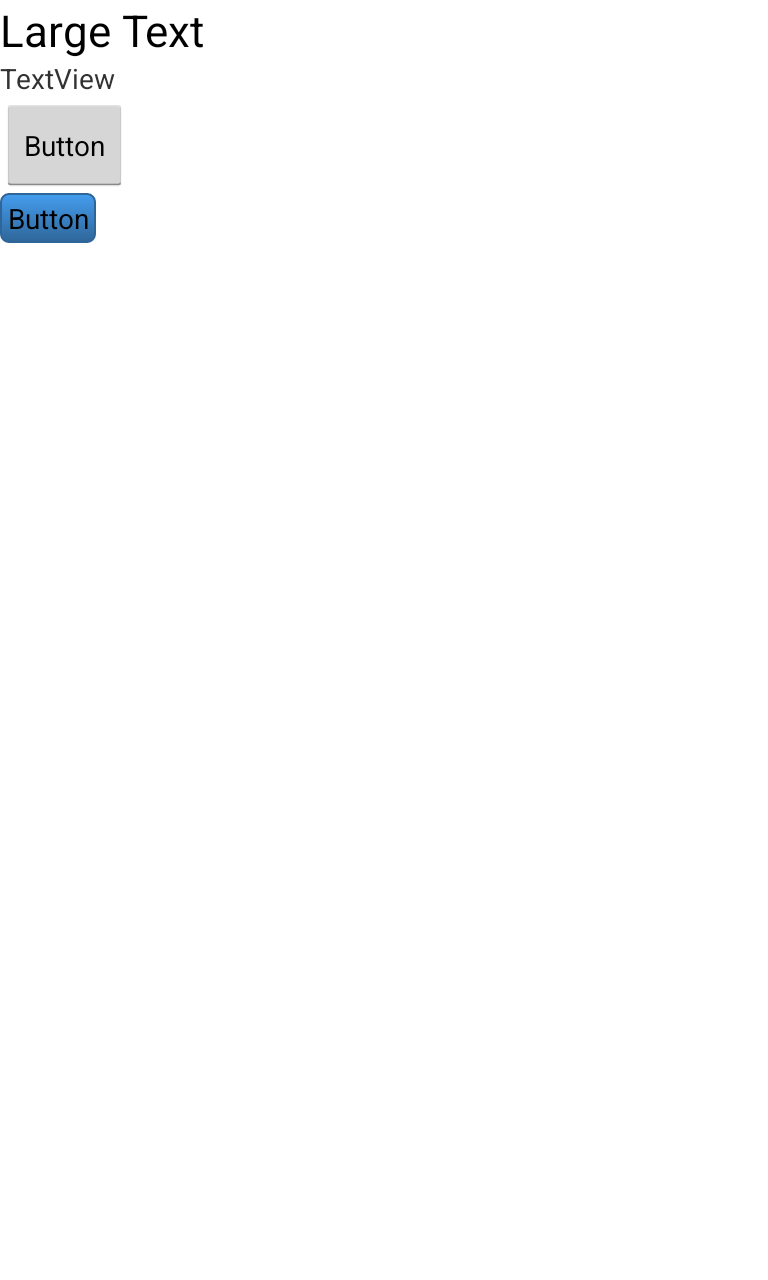
Repository: pcombi/android_dev
Layout: EnglishGrammar/res/layout/tests.xml
The author's editor kept a copy of each file at every save. The layout is drawn from the files as they stood at one save, then again after the next save.
It is drawn on a 768 x 1280 px phone screen (xhdpi) without system bars, with theme AppTheme; the app's code is not run.

Above is the layout before, as saved 2012-12-27 02:55:56.

### EnglishGrammar/res/layout/tests.xml
<?xml version="1.0" encoding="utf-8"?>
<LinearLayout xmlns:android="http://schemas.android.com/apk/res/android"
    android:layout_width="match_parent"
    android:layout_height="match_parent"
    android:orientation="vertical" >

    <TextView
        android:id="@+id/textView1"
        android:layout_width="wrap_content"
        android:layout_height="wrap_content"
        android:text="Large Text"
        android:textAppearance="?android:attr/textAppearanceLarge" />

    <TextView
        android:id="@+id/textView2"
        android:layout_width="wrap_content"
        android:layout_height="wrap_content"
        android:text="TextView" />

    <Button
        android:id="@+id/button2"
        style="?android:attr/buttonStyleSmall"
        android:layout_width="wrap_content"
        android:layout_height="wrap_content"
        android:text="Button" />

    <Button
        android:id="@+id/button1"
        style="?android:attr/buttonStyleSmall"
        android:layout_width="wrap_content"
        android:layout_height="25dp"
        android:background="@drawable/btn_blue"
        android:text="Button" />

    <LinearLayout
        android:layout_width="wrap_content"
        android:layout_height="wrap_content"
        android:orientation="vertical"
        android:id="@+id/buttonlayout1">
    </LinearLayout>

</LinearLayout>

### EnglishGrammar/res/drawable/btn_blue.xml
<?xml version="1.0" encoding="utf-8"?>
<selector xmlns:android="http://schemas.android.com/apk/res/android">
    <item android:state_pressed="true" >
        <shape>
            <solid
                android:color="#449def" />
            <stroke
                android:width="1dp"
                android:color="#2f6699" />
            <corners
                android:radius="4dp" />
            <padding
                android:left="2dp"
                android:top="2dp"
                android:right="2dp"
                android:bottom="2dp" />
        </shape>
    </item>
    <item>
        <shape>
            <gradient
                android:startColor="#449def"
                android:endColor="#2f6699"
                android:angle="270" />
            <stroke
                android:width="1dp"
                android:color="#2f6699" />

            <corners
                android:radius="4dp" />
            <padding
                android:left="2dp"
                android:top="2dp"
                android:right="2dp"
                android:bottom="2dp" />
        </shape>
    </item>
</selector>

Loaded but not shown: EnglishGrammar/res/values/styles.xml (common file); EnglishGrammar/res/values-v11/styles.xml (common file); EnglishGrammar/res/values-v14/styles.xml (common file)

After the next save:
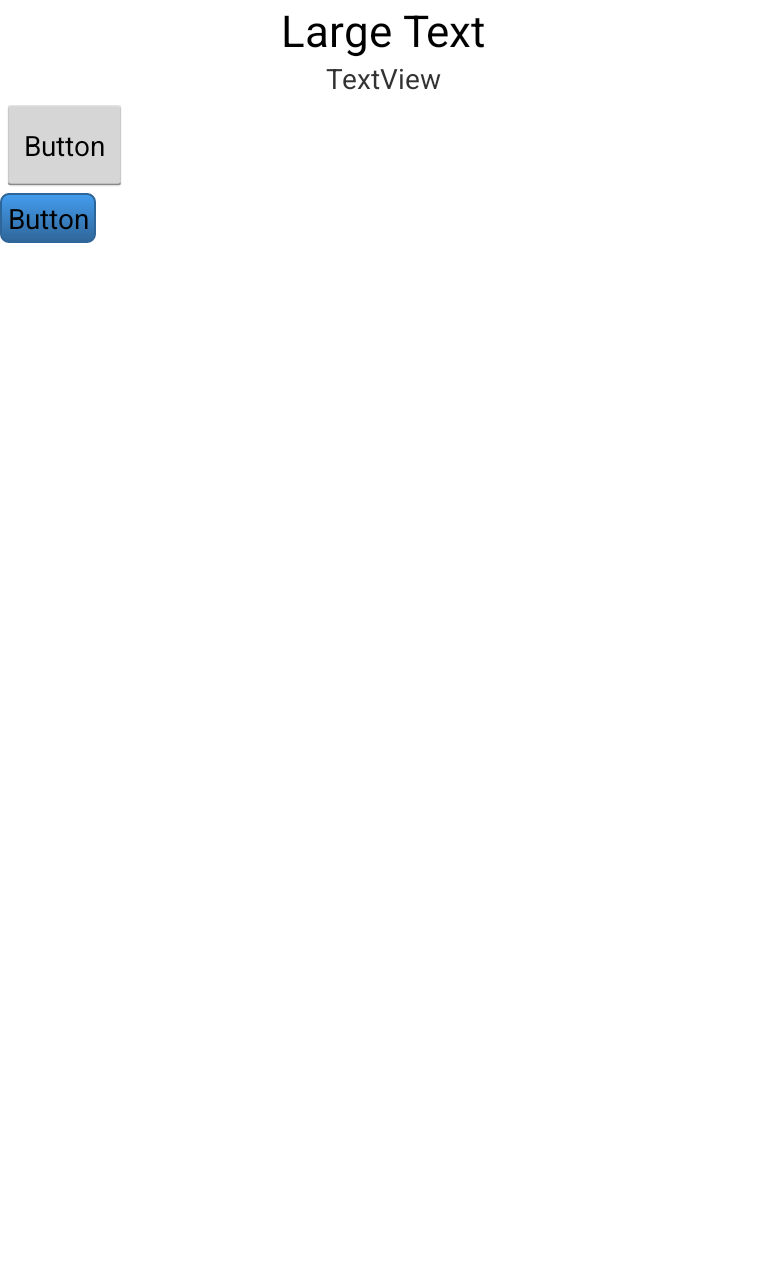
Saved 3 min 42 s later.
--- a/EnglishGrammar/res/layout/tests.xml
+++ b/EnglishGrammar/res/layout/tests.xml
@@ -5,17 +5,25 @@
     android:orientation="vertical" >
 
     <TextView
-        android:id="@+id/textView1"
+        android:id="@+id/tvQuestion"
         android:layout_width="wrap_content"
         android:layout_height="wrap_content"
         android:text="Large Text"
+        android:layout_gravity="center"
         android:textAppearance="?android:attr/textAppearanceLarge" />
 
     <TextView
-        android:id="@+id/textView2"
+        android:id="@+id/tvAnswer"
+        android:layout_gravity="center"
         android:layout_width="wrap_content"
         android:layout_height="wrap_content"
         android:text="TextView" />
+
+    <LinearLayout
+        android:layout_width="match_parent"
+        android:layout_height="wrap_content"
+        android:orientation="vertical" >
+    </LinearLayout>
 
     <Button
         android:id="@+id/button2"
